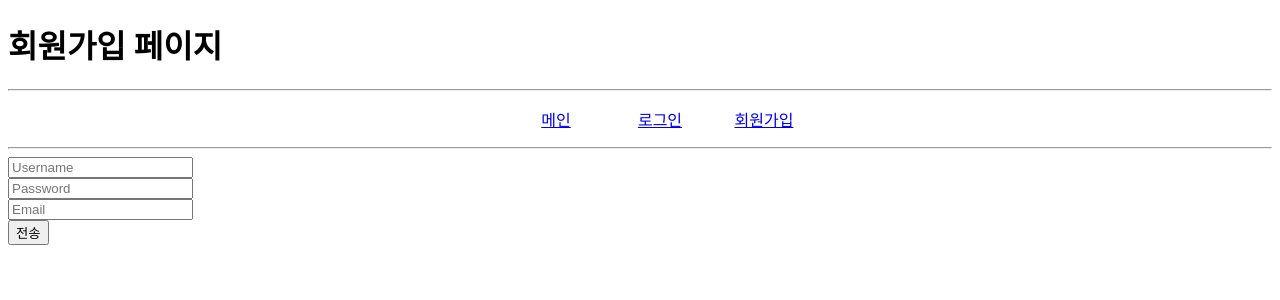
Repository: jchh0177/jsp-work
Page: http://localhost/cos/join.jsp
An editor plug-in stored every save of this project. The page is shown before and after the next save, followed by the edit.
The browser window is 1280 px wide. The pictures show the whole page.
The page is served by Tomcat 9.

Above is the page before, as saved 2020-08-22 06:28:42.

After the next save:
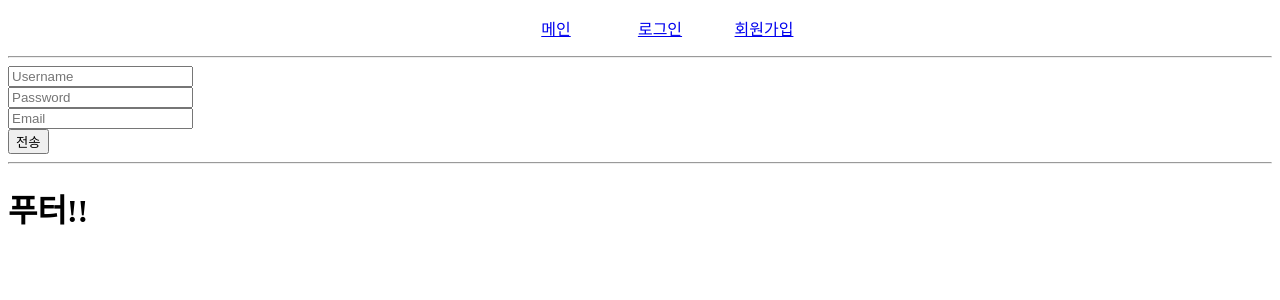
Saved 30 s later.
--- a/cos/WebContent/join.jsp
+++ b/cos/WebContent/join.jsp
@@ -1,30 +1,7 @@
 <%@ page language="java" contentType="text/html; charset=UTF-8"
     pageEncoding="UTF-8"%>
-<!DOCTYPE html>
-<html>
-<head>
-<meta charset="UTF-8">
-<title>회원가입 페이지</title>
-<style>
-	ul {
-		text-align: center;
-	}
-	li {
-		display: inline-block;
-		width: 100px;
-	}
-</style>
-</head>
-<body>
-<h1>회원가입 페이지</h1>
-<hr/>
-<ul>
 
-	<li><a href="main.jsp">메인</a></li>
-	<li><a href="login.jsp">로그인</a></li>
-	<li><a href="join.jsp">회원가입</a></li>
-</ul>
-<hr/>
+<%@ include file="layout/header.jsp" %>
 <!-- form태그는 데이터를 전송하기 위한 박스 -->
 <form action="joinProc.jsp" method="post">
 	<input type= "text" name="username"  placeholder="Username"/> <br />
@@ -33,5 +10,4 @@
 	<button>전송</button>
 </form>
 
-</body>
-</html>
+<%@ include file="layout/footer.jsp" %>
